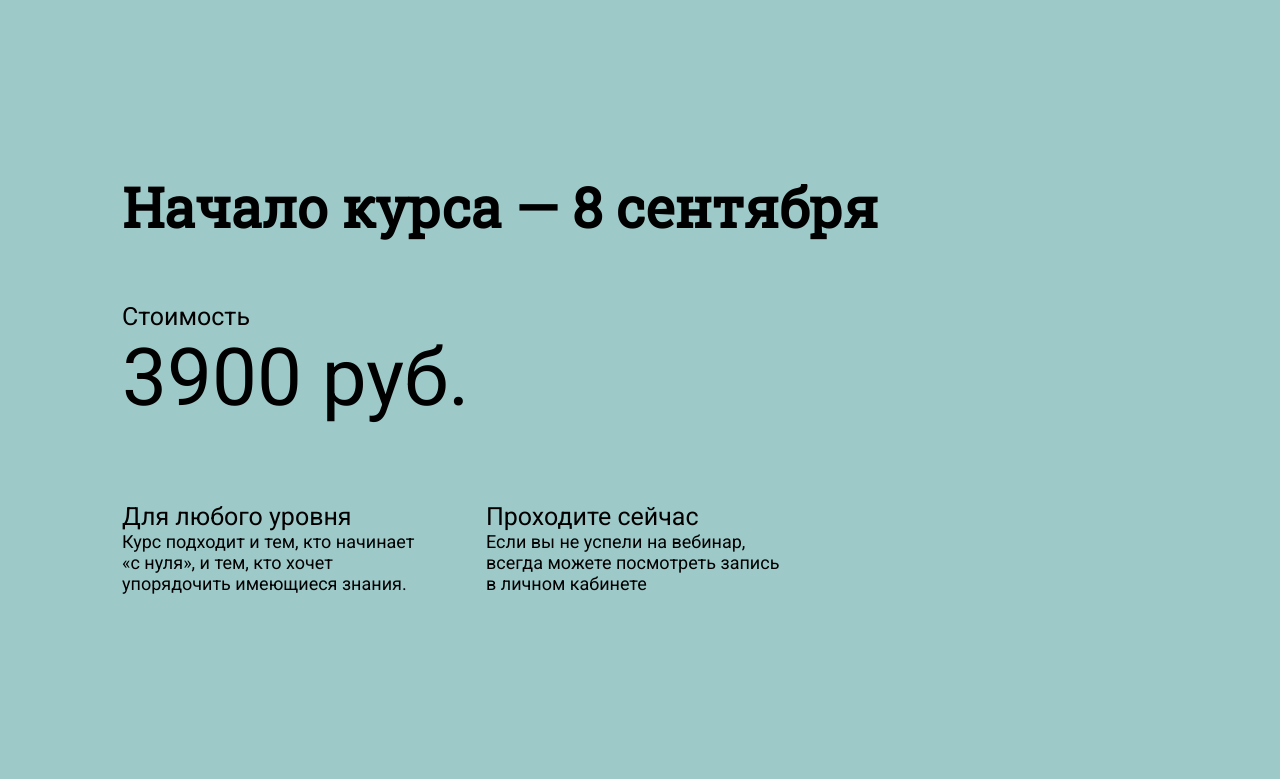
Repository: NatiqSamiyev/fiqma-task3
Page: index.html
These files come from the project's save history. The page is drawn as it stood at one moment and after a run of saves; the edit follows.
The browser window is 1280 px wide. The pictures show the whole page.

Above is the page before, as saved 2023-08-09 13:20:58.

After the next 4 saves:
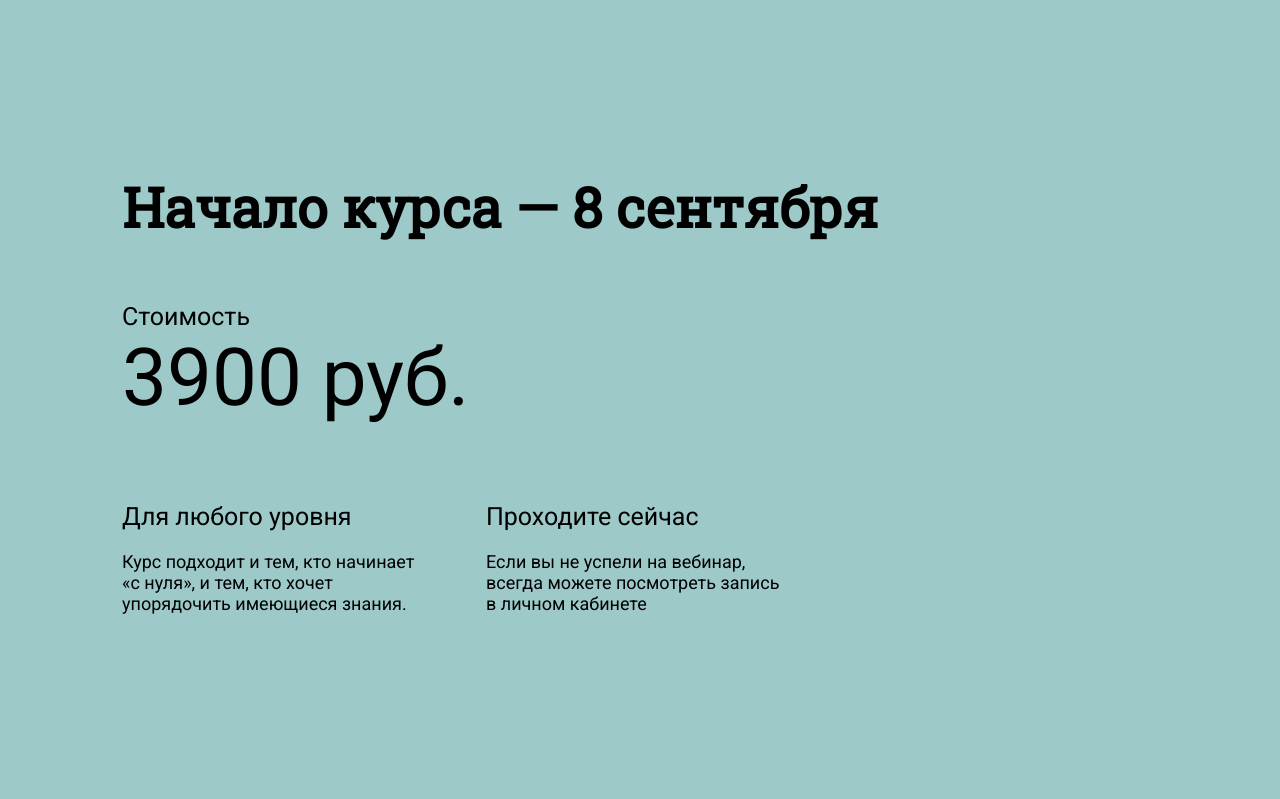
The 4 saves are shown as one change because they came seconds apart.
The last was saved 37 s later.
--- a/index.css
+++ b/index.css
@@ -56,7 +56,7 @@
 }
 
 .container h4 {
-  /* padding-bottom: 20px; */
+  margin-bottom: 20px;
   font-family: Roboto;
   font-size: 25px;
   font-style: normal;
